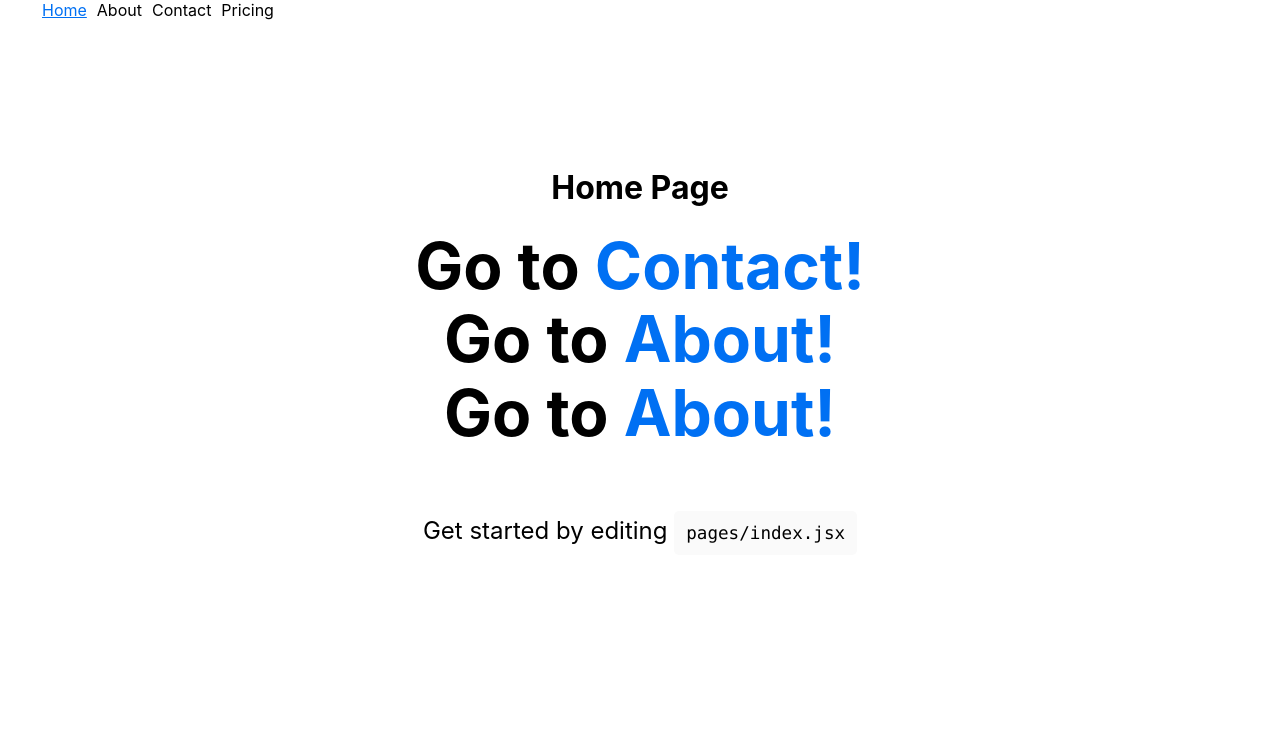
Repository: juagarc4/next-vercel-deploy
Page: /
These files come from the project's save history. The page is drawn as it stood at one moment and after the next save; the edit follows.
The browser window is 1280 px wide. The pictures show the whole page.
The project was rebuilt for these pictures with package versions that can differ from the ones it lists, and the page was loaded fresh each time. The framework's server and built-in components were replaced by stand-ins that run in the browser. Also part of the build but not shown: next.config.js.

Above is the page before, as saved 2022-04-29 09:24:35.

### pages/_app.js
import '../styles/globals.css'

function MyApp({ Component, pageProps }) {
  const getLayout = Component.getLayout || ((page) => page)
  return getLayout(<Component {...pageProps} />)

}

export default MyApp

### pages/index.jsx
import Link from 'next/link'
import { MainLayout } from '../components/layouts/MainLayout'

export default function HomePage() {
  return (
    <MainLayout>
      <h1>Home Page</h1>
      <h1 className={'title'}>
        Go to <Link href='/contact'>Contact!</Link>
      </h1>
      <h1 className={'title'}>
        Go to <Link href='/about'>About!</Link>
      </h1>
      <h1 className={'title'}>
        Go to <Link href='/about'>About!</Link>
      </h1>

      <p className={'description'}>
        Get started by editing <code className={'code'}>pages/index.jsx</code>
      </p>
    </MainLayout>
  )
}

### components/layouts/MainLayout.jsx
import Head from 'next/head'

import { Navbar } from '../Navbar'
import styles from './MainLayout.module.css'

export const MainLayout = ({children}) => {
  return (
    <div className={styles.container}>
      <Head>
        <title>Home - Initial App</title>
        <meta name='description' content='Home Page' />
        <link rel='icon' href='/favicon.ico' />
      </Head>
      <Navbar/>
      <main className={styles.main}>
        {children}
      </main>
    </div>
  )
}

### components/Navbar.jsx
import styles from './Navbar.module.css'
import { ActiveLink } from './ActiveLink'
const menuItems = [
  {
      text: 'Home',
      href: '/'
  },
  {
      text: 'About',
      href: '/about'
  },
  {
      text: 'Contact',
      href: '/contact'
  },
  {
      text: 'Pricing',
      href: '/pricing'
  },
];
export const Navbar = () => {
  return (
    <nav className={styles.menu}>
      {menuItems.map(({text, href}) => {
        return (
          <ActiveLink text={text} href={href} />
        )}
      )}
    </nav>
  )
}

### components/Navbar.module.css
.menu a {
  padding: 0 0 0 10px;
}

### components/ActiveLink.jsx
import { useRouter } from "next/router"
import Link from "next/link"

const style = {
  color: '#0070f3',
  textDecoration:'underline'
}

export const ActiveLink = ({text, href}) => {
  const { asPath } = useRouter()

  return (
    <Link href={href}>
      <a style={asPath === href ? style : null}>{text}</a>
    </Link>
  )
}

Loaded but not shown: styles/globals.css (common file); components/layouts/MainLayout.module.css (common file)

After the next save:
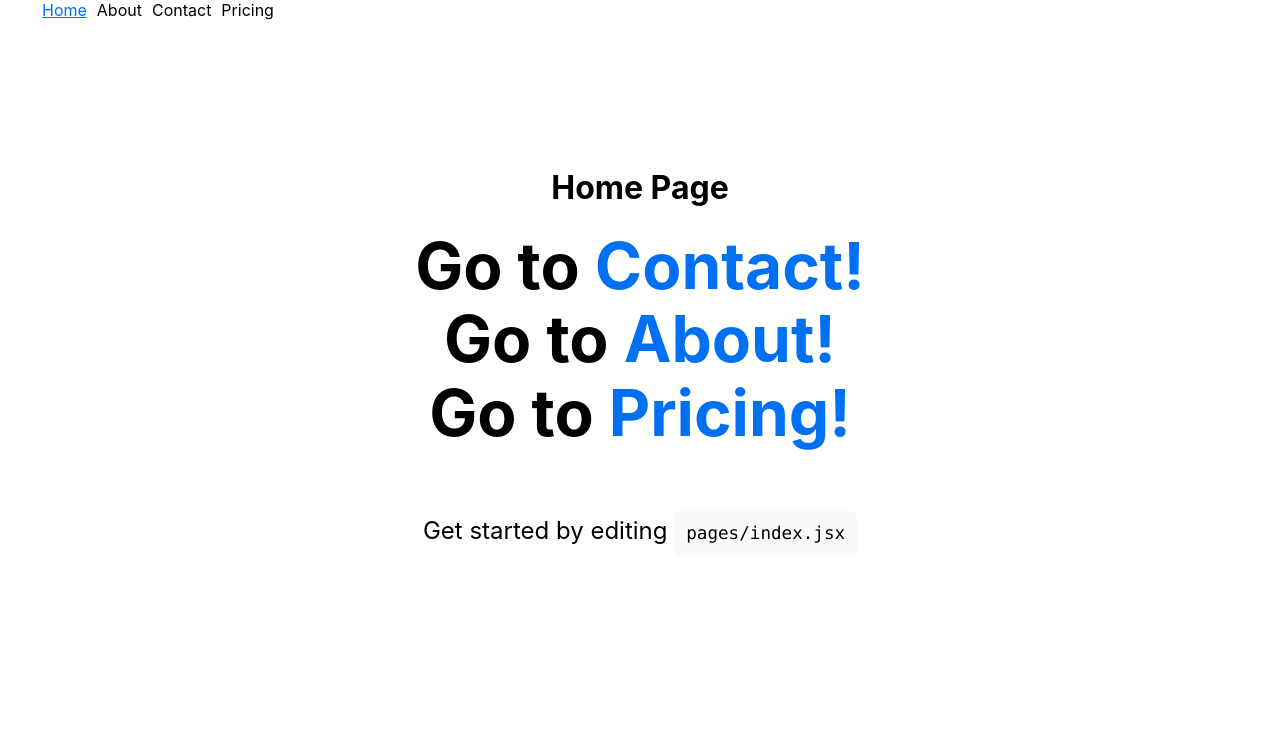
Saved 6 s later.
--- a/pages/index.jsx
+++ b/pages/index.jsx
@@ -12,7 +12,7 @@ export default function HomePage() {
         Go to <Link href='/about'>About!</Link>
       </h1>
       <h1 className={'title'}>
-        Go to <Link href='/about'>About!</Link>
+        Go to <Link href='/about'>Pricing!</Link>
       </h1>
 
       <p className={'description'}>
